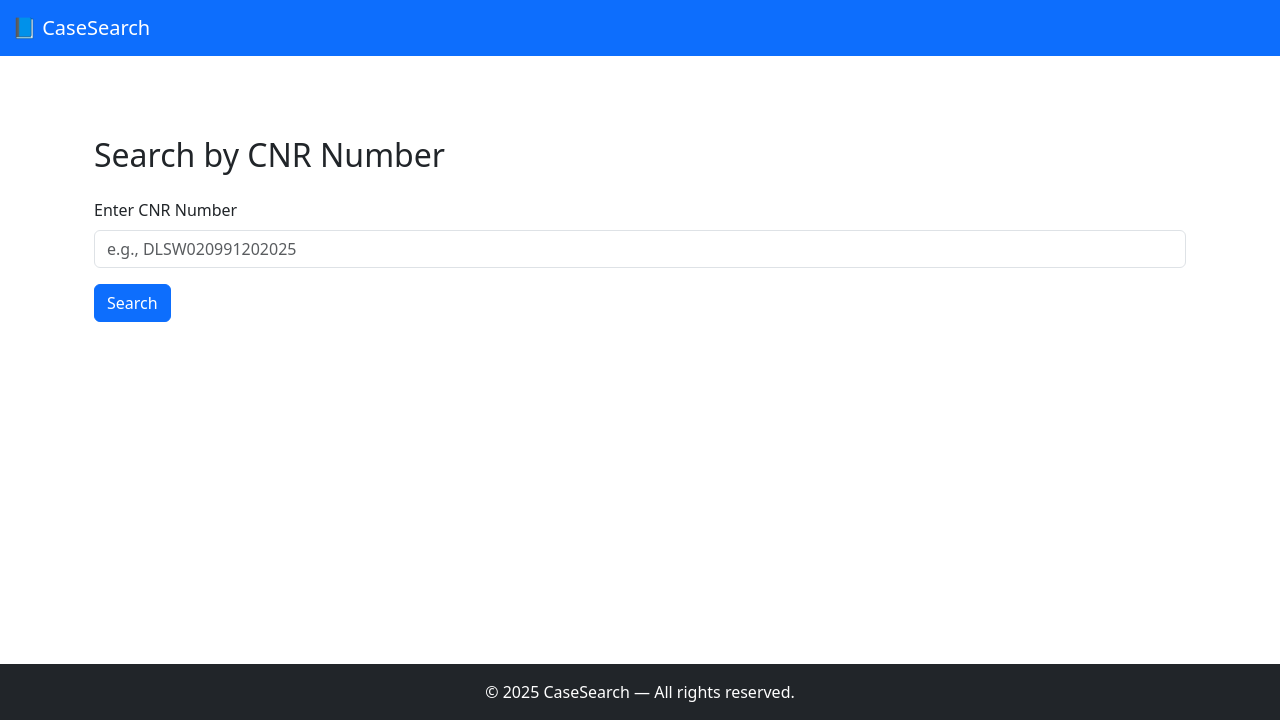
Repository: moatazbenma/Internship_task
Page: http://localhost/
The author's editor kept a copy of each file at every save. The page is drawn from the files as they stood at one save, then again after a run of saves.
The browser window is 1280 px wide. The pictures show the whole page.
The page is served by the project's application, run on Django 5.2 (court_project/manage.py).

Above is the page before, as saved 2025-08-03 04:09:42.

After the next 2 saves:
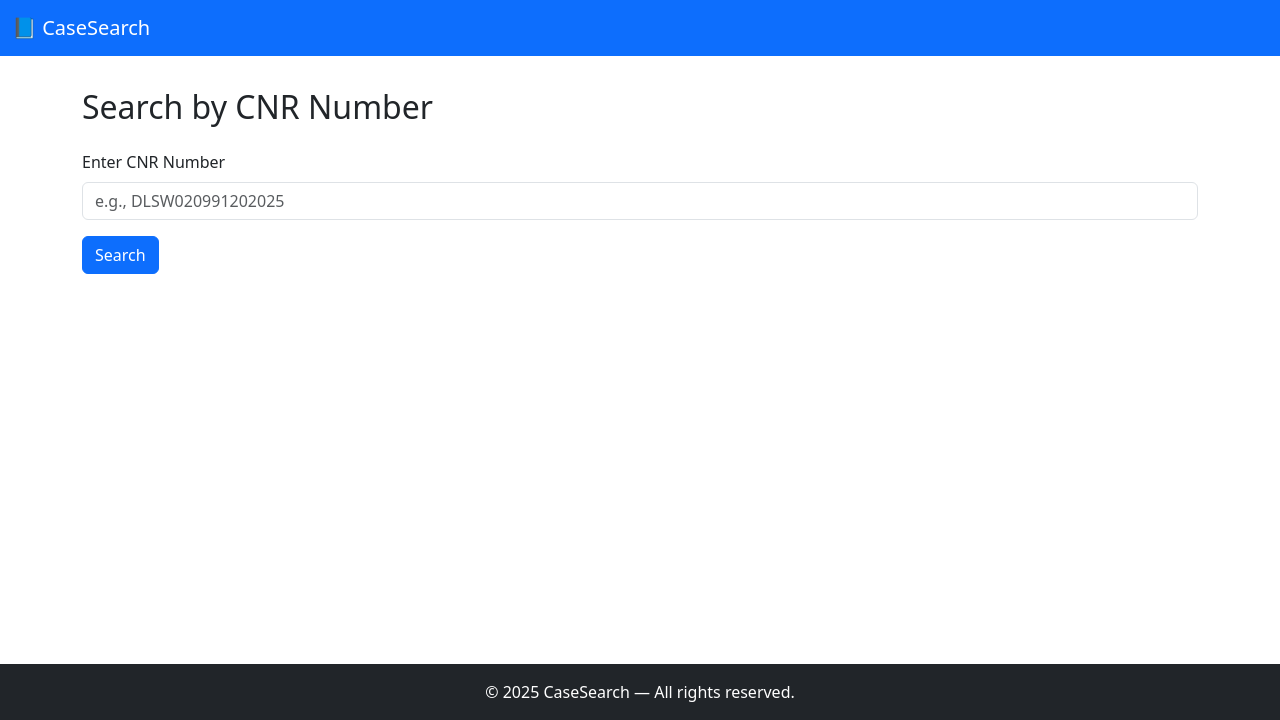
The 2 saves are shown as one change because 1 did not build or start.
The last was saved 72 s later.
--- a/court_projects/court_project/case_search/templates/case_search/search_form.html
+++ b/court_projects/court_project/case_search/templates/case_search/search_form.html
@@ -1,42 +1,23 @@
 {% extends "case_search/base.html" %}
 
-
+{% block title %}Search Case{% endblock %}
 
 {% block content %}
-<div class="container mt-5">
-    <h2 class="mb-4">Search by CNR Number</h2>
-
-    {% if messages %}
-        {% for message in messages %}
-            <div class="alert alert-{{ message.tags }} alert-dismissible fade show" role="alert">
-                {{ message }}
-                <button type="button" class="btn-close" data-bs-dismiss="alert" aria-label="Close"></button>
-            </div>
-        {% endfor %}
-    {% endif %}
-
-    <form method="get" action="{% url 'case_search:search' %}" id="searchForm">
-        <div class="mb-3">
-            <label for="cnr" class="form-label">Enter CNR Number</label>
-            <input type="text" name="cnr" id="cnr" class="form-control"
-                   placeholder="e.g., DLSW020991202025" required>
-        </div>
-        <button type="submit" class="btn btn-primary" id="submitBtn">Search</button>
-    </form>
-</div>
-
+<h2 class="mb-4">Search by CNR Number</h2>
+<form method="get" action="{% url 'case_search:search' %}" id="searchForm">
+    <div class="mb-3">
+        <label for="cnr" class="form-label">Enter CNR Number</label>
+        <input type="text" name="cnr" id="cnr" class="form-control"
+               placeholder="e.g., DLSW020991202025" required>
+    </div>
+    <button type="submit" class="btn btn-primary" id="submitBtn">Search</button>
+</form>
 <script>
     const form = document.getElementById('searchForm');
     const btn = document.getElementById('submitBtn');
-
     form.addEventListener('submit', () => {
         btn.disabled = true;
         btn.innerHTML = `<span class="spinner-border spinner-border-sm me-2" role="status" aria-hidden="true"></span>Searching...`;
     });
-
-    setTimeout(() => {
-        const alerts = document.querySelectorAll(".alert");
-        alerts.forEach(el => el.classList.remove("show"));
-    }, 4000);
 </script>
-{% endblock content %}
+{% endblock %}
